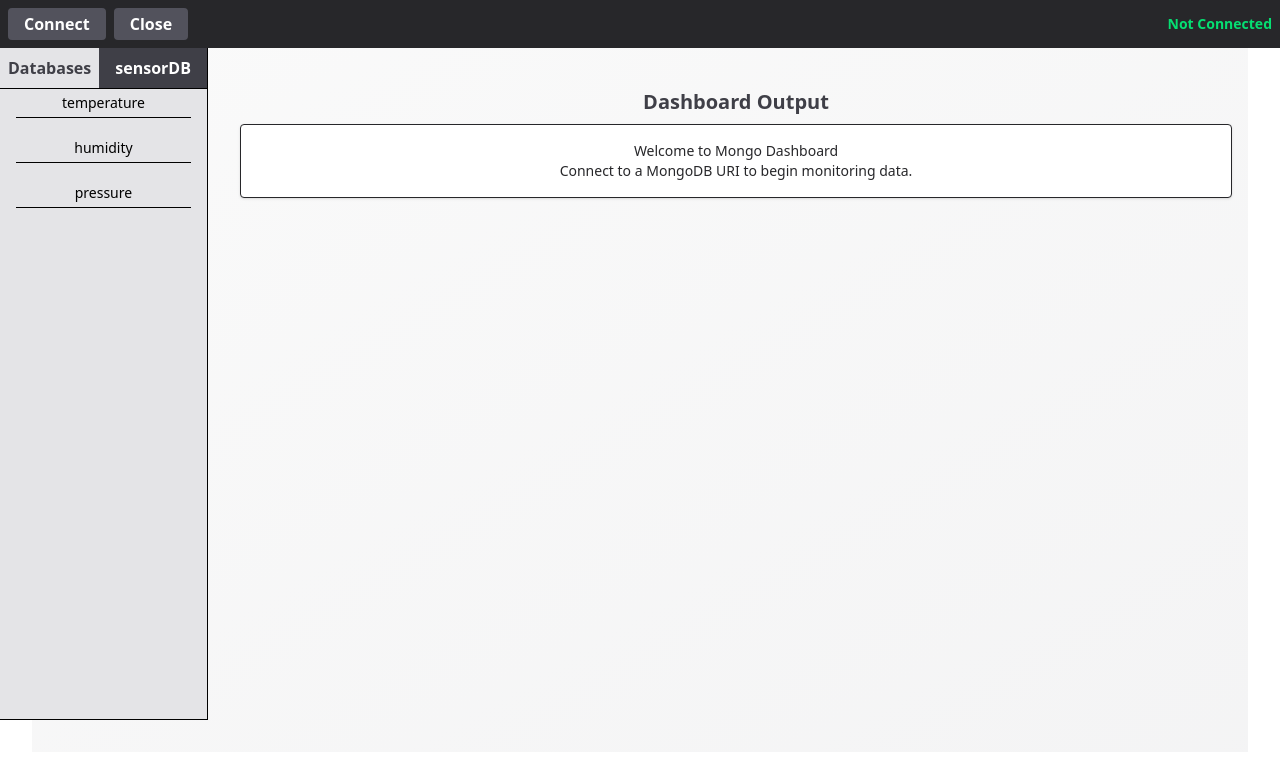
Repository: aryan151pratap/Dashboard
Page: / (app in frontened/), after clicking the first element matching `li.hover\:underline`
The author's editor kept a copy of each file at every save. The page is drawn from the files as they stood at one save, then again after the next save.
The browser window is 1280 px wide. The pictures show the whole page.
The project was rebuilt for these pictures with package versions that can differ from the ones it lists, and the page was loaded fresh each time. Also part of the build but not shown: frontened/vite.config.js, frontened/src/component/connect.jsx.

Above is the page before, as saved 2025-06-24 14:27:47.

After the next save:
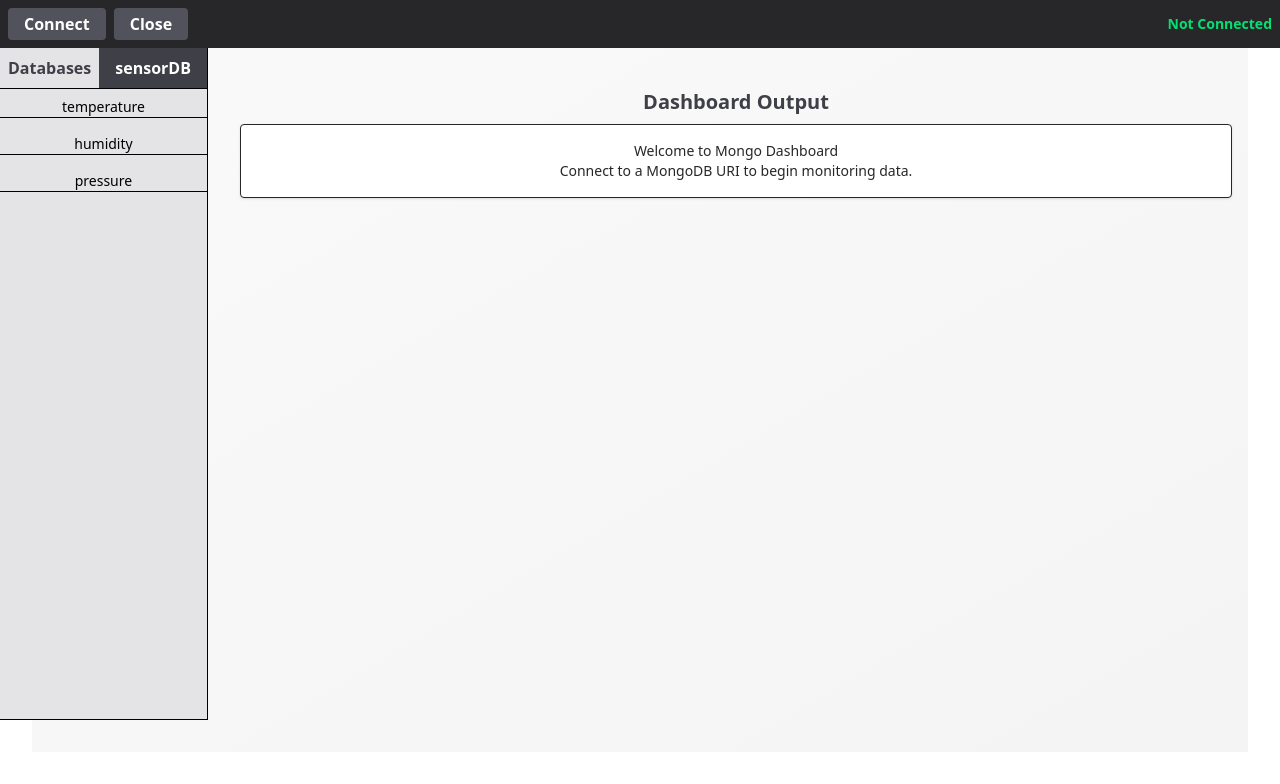
Saved 7 s later.
--- a/frontened/src/component/left_bar.jsx
+++ b/frontened/src/component/left_bar.jsx
@@ -24,11 +24,11 @@ function Left_bar(){
 			</div>
 
 
-			<ul className="px-4 text-sm flex sm:flex-col flex-row gap-4">
+			<ul className="text-sm flex sm:flex-col flex-row gap-4 py-2">
 			{current_database ?
 			<>
 				{current_database.collections.map((i, index) => (
-					<li className="hover:underline cursor-pointer border-b py-1"
+					<li className="hover:underline cursor-pointer border-b"
 					// onClick={() => handle_current_database(i)}
 					>
 						{i}
